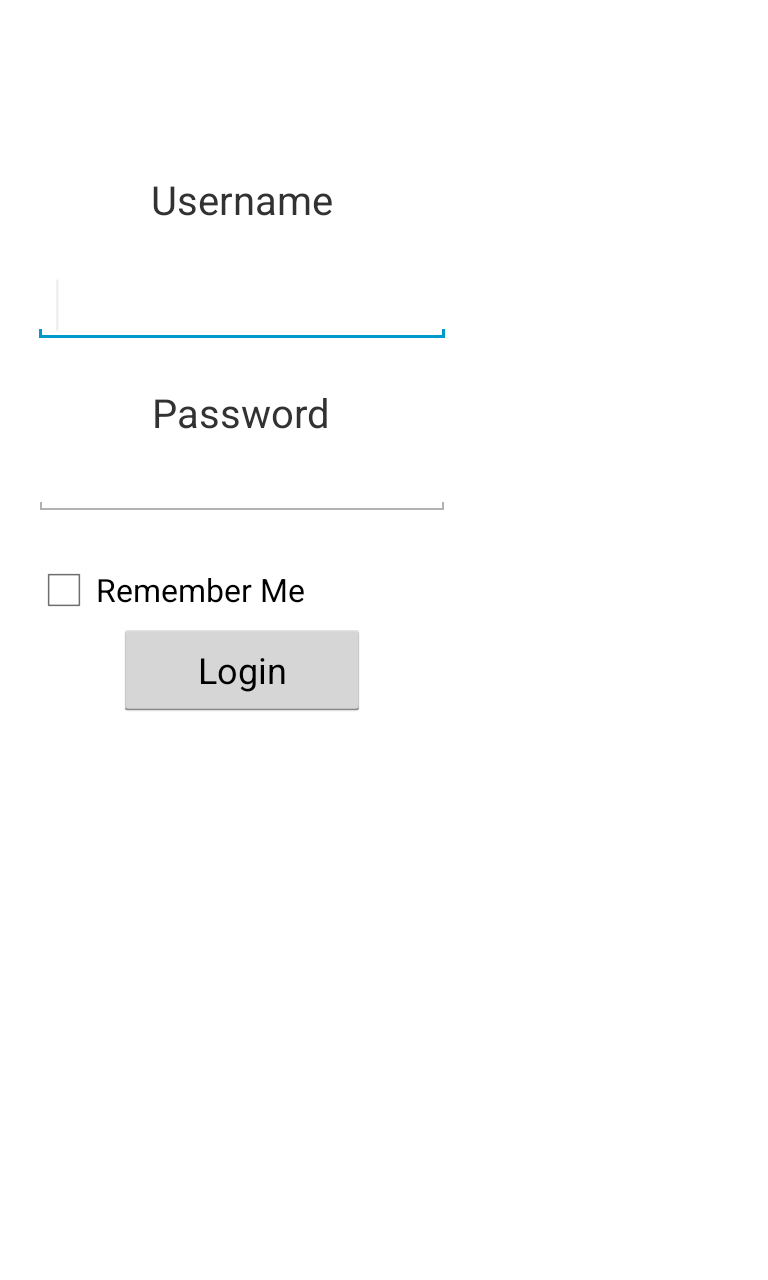
Repository: emeryduh/AndroidProject
Layout: client/TeamJonesProject/res/layout/activity_login.xml
These files come from the project's save history. The layout is drawn as it stood at one moment and after the next save; the edit follows.
It is drawn on a 768 x 1280 px phone screen (xhdpi) without system bars, with theme AppTheme; the app's code is not run.

Above is the layout before, as saved 2014-10-01 01:23:50.

After the next save:
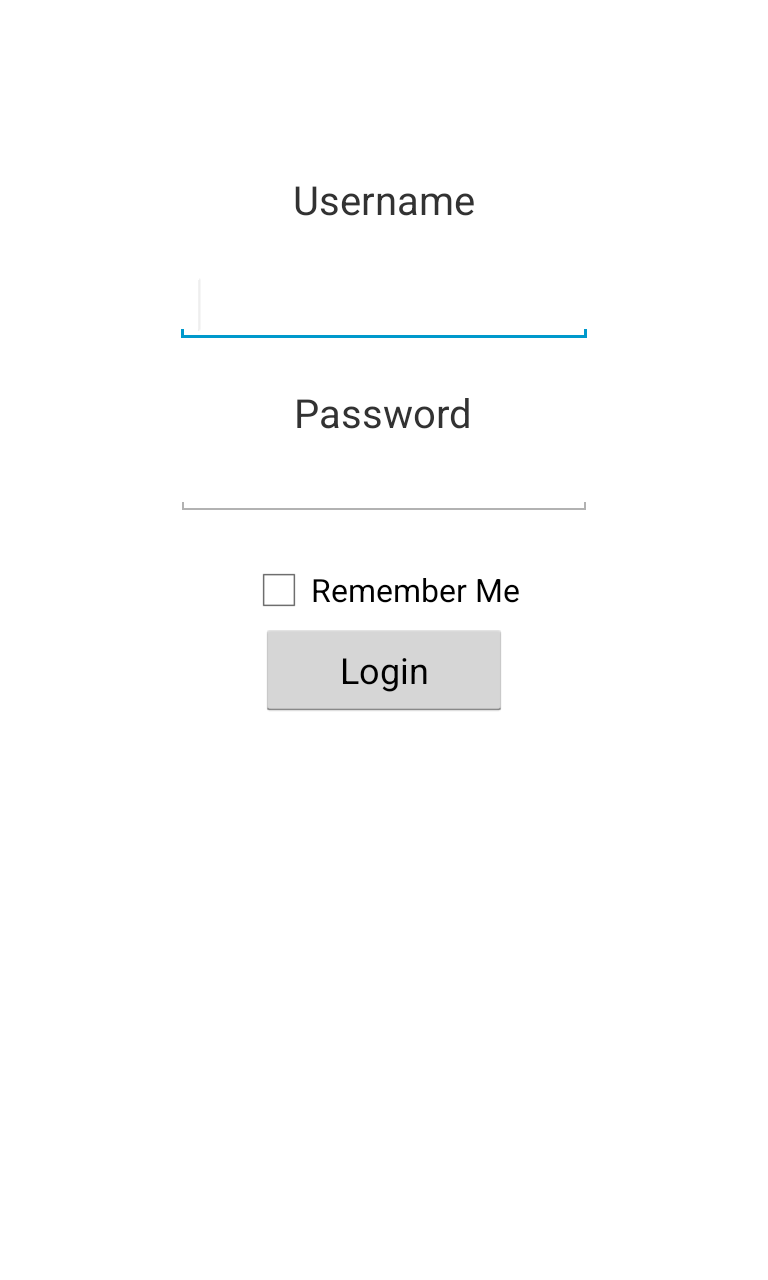
Saved 38 s later.
--- a/client/TeamJonesProject/res/layout/activity_login.xml
+++ b/client/TeamJonesProject/res/layout/activity_login.xml
@@ -19,7 +19,7 @@
 
     <LinearLayout
         android:id="@+id/linearLayout_body"
-        android:layout_width="wrap_content"
+        android:layout_width="match_parent"
         android:layout_height="wrap_content"
         android:layout_alignLeft="@+id/linearLayout_header"
         android:layout_below="@+id/linearLayout_header"
@@ -67,6 +67,7 @@
             android:id="@+id/rememberMeCheckBox"
             android:layout_width="wrap_content"
             android:layout_height="wrap_content"
+            android:layout_gravity="center_horizontal"
             android:layout_marginTop="@dimen/bodySpacing_top"
             android:text="@string/rememberMe_text" />
 
